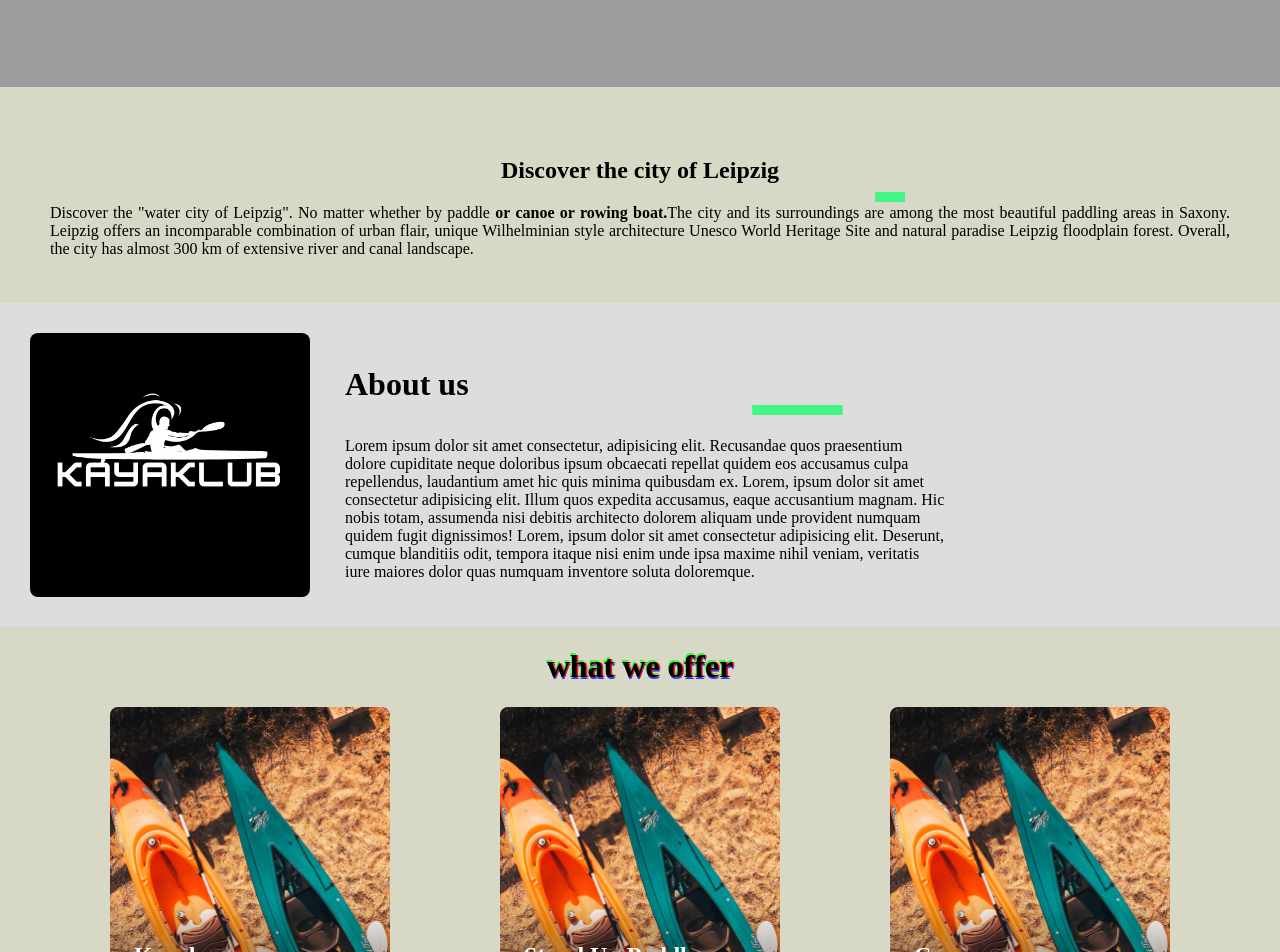
Repository: joseluis2289/Responsive-club-website
Page: index.html
An editor plug-in stored every save of this project. The page is shown before and after the next save, followed by the edit.
The browser window is 1280 px wide. The pictures show the part of the page from y = 683 to 1635 px (the page is 2671 px tall).
Pictures or frames that could not be fetched are drawn as grey boxes. Some web fonts or font styles are not loaded; a fallback is used.

Above is the page before, as saved 2021-08-25 10:25:33.

### index.html
<!DOCTYPE html>
<html lang="en">
<head>
    <meta charset="UTF-8">
    <meta http-equiv="X-UA-Compatible" content="IE=edge">
    <meta name="viewport" content="width=device-width, initial-scale=1.0">
    <link rel="stylesheet" href="style.css">
    <link rel="preconnect" href="https://fonts.googleapis.com">
<link rel="preconnect" href="https://fonts.gstatic.com" crossorigin>
<link href="https://fonts.googleapis.com/css2?family=Rampart+One&display=swap" rel="stylesheet">
    <script src="script.js" defer></script>
    <title>Responsive-Club-website</title>
</head>
<body>

    <nav class="navbar">
        <!-- hamburger toggle -->
        <div class="brand-title">kayaklub</div>
        <a href="#" class="toggle-button">
            <span class="bar"></span>
            <span class="bar"></span>
            <span class="bar"></span>
        </a>

        <div class="nav-links">
            <ul>
                <li><a href="#">Home</a></li>
                <li><a href="#">About</a></li>
                <li><a href="#">Contact</a></li>
            </ul>
        </div>
    </nav>
<div class="banner"></div>

<section class="welcome">
    <h1 class="discover-title">Discover the city of Leipzig</h1>
    <p class="p-discover">Discover the "water city of Leipzig". No matter whether by paddle <strong>or canoe or rowing boat.</strong>The city and its surroundings are among the most beautiful paddling areas in Saxony. Leipzig offers an incomparable combination of urban flair, unique Wilhelminian style architecture Unesco World Heritage Site and natural paradise Leipzig floodplain forest. Overall, the city has almost 300 km of extensive river and canal landscape.</p>

</section>

<!-- about us section -->
<div class="grid-container-about">
    <div class="logo"></div>
    <!-- <img class="grid-item-img" src="./Cosmetics Discount Sale Landscape Banner.png" alt="about"> -->
    <div class="grid-item-text"><h1><a class="aboutUs-title" href="#">About us</a></h1><p class="aboutUs-text"> Lorem ipsum dolor sit amet consectetur, adipisicing elit. Recusandae quos praesentium dolore cupiditate neque doloribus ipsum obcaecati repellat quidem eos accusamus culpa repellendus, laudantium amet hic quis minima quibusdam ex. Lorem, ipsum dolor sit amet consectetur adipisicing elit. Illum quos expedita accusamus, eaque accusantium magnam. Hic nobis totam, assumenda nisi debitis architecto dolorem aliquam unde provident numquam quidem fugit dignissimos! Lorem, ipsum dolor sit amet consectetur adipisicing elit. Deserunt, cumque blanditiis odit, tempora itaque nisi enim unde ipsa maxime nihil veniam, veritatis iure maiores dolor quas numquam inventore soluta doloremque.</p></div>
</div>



<h1 class="tittle-what-we-offer">what we offer</h1>
<div class="card-container">
    <div class="card">
        <div class="card-content">
        <h2 class="card-title">Kayak</h2>
        <p class="card-body">Lorem ipsum dolor sit amet consectetur adipisicing elit. Quo consequuntur modi debitis. Amet facilis maxime ipsa expedita, similique omnis dolorum harum accusantium ipsam autem. Aperiam asperiores id distinctio quae optio!</p>
        <a href="#" class="button">Learn more</a>
    </div>
    </div>

    <div class="card">
        <div class="card-content">
        <h2 class="card-title"> Stand Up Paddle</h2>
        <p class="card-body">Lorem ipsum dolor sit amet consectetur adipisicing elit. Quo consequuntur modi debitis. Amet facilis maxime ipsa expedita, similique omnis dolorum harum accusantium ipsam autem. Aperiam asperiores id distinctio quae optio!</p>
        <a href="#" class="button">Learn more</a>
    </div>
    </div>


    <div class="card">
        <div class="card-content">
        <h2 class="card-title">Canoe</h2>
        <p class="card-body">Lorem ipsum dolor sit amet consectetur adipisicing elit. Quo consequuntur modi debitis. Amet facilis maxime ipsa expedita, similique omnis dolorum harum accusantium ipsam autem. Aperiam asperiores id distinctio quae optio!</p>
        <a href="#" class="button">Learn more</a>
    </div>
    </div>

</div>

<section class="register">
    <form id="register" action="#">
        <h2 class="register-title">Join us now!</h2>
        <label for="first-name">First-name:</label>
        <br/>
        <input type="text" name="first-name" id='name' placeholder="Enter your name">
        <br/>
        <label for="last-name">Last-name:</label>
        <br/>
        <input type="text" name="last-name" id="name" placeholder="Enter your last name">
        <br/>
        <label for="email">Email:</label>
        <br/>
        <input type="text" name="email" id="name" placeholder="Enter your email">
        <br/>&nbsp;
        <br/> <br/>
    <input type="submit" value="submit" name="submit" id="submit">
    </form>
</section>

<footer class="footer">
    <div class="footer-sections">
        <div class="company">
            <ul>
                <h1 class="company-title">Company</h1>
                <li><a href="#">About Us</a></li>
                <li><a href="#">Privacy policy</a></li>
                <li><a href="#">Affiliate program</a></li>
            </ul>
        </div>
        <div class="get-help">
            <h1 class="help-title">Get Help</h1>
            <ul>
                <li><a href="#">FAQ</a></li>
                <li><a href="#">Our status</a></li>
                <li><a href="#">Payment Options</a></li>
            </ul>
        </div>
        <div class="online-shop">
            <h1 class="shop-title">online-shop</h1>
            <ul >
                <li><a href="#">Watch</a></li>
                <li><a href="#">Bags</a></li>
                <li><a href="#">equitment</a></li>
            </ul>
        </div>
        <div class="follow-us">
            <h1 class="followUs-title">Follow us</h1>
            <ul class="follow-us-list">

              <li><svg xmlns="http://www.w3.org/2000/svg" width="50" height="20" fill="currentColor" class="bi bi-instagram" viewBox="0 0 16 16">
                <path d="M8 0C5.829 0 5.556.01 4.703.048 3.85.088 3.269.222 2.76.42a3.917 3.917 0 0 0-1.417.923A3.927 3.927 0 0 0 .42 2.76C.222 3.268.087 3.85.048 4.7.01 5.555 0 5.827 0 8.001c0 2.172.01 2.444.048 3.297.04.852.174 1.433.372 1.942.205.526.478.972.923 1.417.444.445.89.719 1.416.923.51.198 1.09.333 1.942.372C5.555 15.99 5.827 16 8 16s2.444-.01 3.298-.048c.851-.04 1.434-.174 1.943-.372a3.916 3.916 0 0 0 1.416-.923c.445-.445.718-.891.923-1.417.197-.509.332-1.09.372-1.942C15.99 10.445 16 10.173 16 8s-.01-2.445-.048-3.299c-.04-.851-.175-1.433-.372-1.941a3.926 3.926 0 0 0-.923-1.417A3.911 3.911 0 0 0 13.24.42c-.51-.198-1.092-.333-1.943-.372C10.443.01 10.172 0 7.998 0h.003zm-.717 1.442h.718c2.136 0 2.389.007 3.232.046.78.035 1.204.166 1.486.275.373.145.64.319.92.599.28.28.453.546.598.92.11.281.24.705.275 1.485.039.843.047 1.096.047 3.231s-.008 2.389-.047 3.232c-.035.78-.166 1.203-.275 1.485a2.47 2.47 0 0 1-.599.919c-.28.28-.546.453-.92.598-.28.11-.704.24-1.485.276-.843.038-1.096.047-3.232.047s-2.39-.009-3.233-.047c-.78-.036-1.203-.166-1.485-.276a2.478 2.478 0 0 1-.92-.598 2.48 2.48 0 0 1-.6-.92c-.109-.281-.24-.705-.275-1.485-.038-.843-.046-1.096-.046-3.233 0-2.136.008-2.388.046-3.231.036-.78.166-1.204.276-1.486.145-.373.319-.64.599-.92.28-.28.546-.453.92-.598.282-.11.705-.24 1.485-.276.738-.034 1.024-.044 2.515-.045v.002zm4.988 1.328a.96.96 0 1 0 0 1.92.96.96 0 0 0 0-1.92zm-4.27 1.122a4.109 4.109 0 1 0 0 8.217 4.109 4.109 0 0 0 0-8.217zm0 1.441a2.667 2.667 0 1 1 0 5.334 2.667 2.667 0 0 1 0-5.334z"/>
              </svg></li>
              <li>

                  <svg xmlns="http://www.w3.org/2000/svg" width="50" height="20" fill="currentColor" class="bi bi-facebook" viewBox="0 0 16 16">
                    <path d="M16 8.049c0-4.446-3.582-8.05-8-8.05C3.58 0-.002 3.603-.002 8.05c0 4.017 2.926 7.347 6.75 7.951v-5.625h-2.03V8.05H6.75V6.275c0-2.017 1.195-3.131 3.022-3.131.876 0 1.791.157 1.791.157v1.98h-1.009c-.993 0-1.303.621-1.303 1.258v1.51h2.218l-.354 2.326H9.25V16c3.824-.604 6.75-3.934 6.75-7.951z"/>
                  </svg>
              </li>
              <li>

                  <svg xmlns="http://www.w3.org/2000/svg" width="20" height="20" fill="currentColor" class="bi bi-youtube" viewBox="0 0 16 16">
                    <path d="M8.051 1.999h.089c.822.003 4.987.033 6.11.335a2.01 2.01 0 0 1 1.415 1.42c.101.38.172.883.22 1.402l.01.104.022.26.008.104c.065.914.073 1.77.074 1.957v.075c-.001.194-.01 1.108-.082 2.06l-.008.105-.009.104c-.05.572-.124 1.14-.235 1.558a2.007 2.007 0 0 1-1.415 1.42c-1.16.312-5.569.334-6.18.335h-.142c-.309 0-1.587-.006-2.927-.052l-.17-.006-.087-.004-.171-.007-.171-.007c-1.11-.049-2.167-.128-2.654-.26a2.007 2.007 0 0 1-1.415-1.419c-.111-.417-.185-.986-.235-1.558L.09 9.82l-.008-.104A31.4 31.4 0 0 1 0 7.68v-.123c.002-.215.01-.958.064-1.778l.007-.103.003-.052.008-.104.022-.26.01-.104c.048-.519.119-1.023.22-1.402a2.007 2.007 0 0 1 1.415-1.42c.487-.13 1.544-.21 2.654-.26l.17-.007.172-.006.086-.003.171-.007A99.788 99.788 0 0 1 7.858 2h.193zM6.4 5.209v4.818l4.157-2.408L6.4 5.209z"/>
                  </svg>
              </li>
            </ul>
        </div>
    </div>
</footer>
</body>
</html>

### style.css
:root{
    --clr-neutral-900: hsl(207,19%,9%);
    --crl-neutral-100: hsl(0,0%,100%);
    --crl-accent-400: hsl(142, 90%, 61%);
    --crl-accent-300: hsl(20.18, 100%, 57.45%);

}

*,
*::before,
*::after {
    box-sizing: border-box;
}


*{
    box-sizing: border-box;
}

body{
    margin: 0;
    border: 0;
    background-color:#D7D9C6;
}

.navbar{
    display: flex;
    justify-content: space-between;
    align-items: center;
    background-color: #333;
    color: white;
    font-family: 'Poppins', sans-serif;

}

.brand-title{
    font-size: 1.6rem;
    margin: .5rem;
    text-transform: uppercase;
    letter-spacing: 4px;
    -webkit-box-shadow: 0 10px 6px -6px rgb(80, 73, 73);
    -moz-box-shadow:0 10px 6px -6px rgb(114, 110, 110);
    box-shadow: 0 10px 6px -6px rgb(136, 133, 133);
    border-radius:10px;
}

.nav-links ul {
    margin: 0;
    padding: 0;
    display: flex;
}
.nav-links li {
    list-style: none;
}

.nav-links li a {
    text-decoration: none;
    color: white;
    padding: 1rem;
    display: block;
}
.nav-links li:hover{
    background-color:#555;
}

.toggle-button {
    position: absolute;
    top: .75rem;
    right: 1rem;
    display: none;
    flex-direction: column;
    justify-content: space-between;
    width: 30px;
    height: 22px;
}

.toggle-button .bar {
    height: 3px;
    width: 100%;
    background-color: white;
    border-radius: 10px;
}

.banner{
    background-image: url("/Cosmetics\ Discount\ Sale\ Landscape\ Banner.png");
    background-repeat: no-repeat;
    background-position: cover;
    background-size: 100% 100vh;
    height: 100vh;
}

/* discover the city of Leipzig */
.welcome{
    text-align: center;
    height: 30vh;
    width:auto;
    margin: auto;
    padding: 50px;

}
.p-discover{
    text-align: justify;
    text-justify: inter-word;



}
.discover-title{
    display: block;
    position: relative;
    cursor: pointer;
    font-family: 'Rampart One', cursive;
}
.discover-title::after{
    content:"";
    position: absolute;
    left: 690px;
    background: var(--crl-accent-400);
    display: block;
    border: 0;
    margin: 0.5rem 0;
    width:300px;
    height: 10px;
    transform: scaleX(0.1);
    transition: transform 0.4s ease;

}

.discover-title:hover:after,
.discover-title:active:after{
    transform: scaleX(1);
    transform-origin: left;
    transition: transform 0.5s ease;
}


.grid-container-about{
    background-color: #ddd;
    display: grid;
    grid-template-columns: auto auto;
    padding: 30px;
    column-gap: 10px;

}
/* .grid-item-img{
    margin: 0 0 0 auto;
    width: 500px;
    height: 40vh;
    border-radius:10px;

} */

.logo{
    background-image: url(./logo.png);
    background-size: cover;

    padding: 12rem 0 0;
    /* ch is 35 character wide */
    max-width: 35ch;
    border-radius: 0.5rem;
}
.aboutUs-text{
    width: 600px;
}

/* about us  */

.aboutUs-title{
    font-family: 'Rampart One', cursive;
color: #000;
text-decoration: none;
border: 0;
margin: 0.5rem 0;
line-height: 1.9;
display: block;
position: relative;
}

.aboutUs-title:after{
    position: absolute;
    content: "";
    background: var(--crl-accent-400);
    display: block;
    left:0;
    bottom:0;
    line-height: 1.4;
    width:100%;
    height: 10px;
    transform: scaleX(0.1);
    transition: transform 0.4s ease;

}

.aboutUs-title:hover:after,
.aboutUs-title:active:after{
    transform: scaleX(1);
    transform-origin: left bottom;
    transition: transform 0.5s ease;
}


/* what we offer cards */
/* .tittle-what-we-offer{
    color: #000;
text-decoration: none;
border: 0;
margin: 2rem 0;
line-height: 1.9;
display: block;
position: relative;
}
.tittle-what-we-offer::after{
    position: absolute;
    content: "";
    background: var(--crl-accent-400);
    display: block;
    left:800px;
    bottom:0;
    line-height: 1.4;
    width:200px;
    height: 10px;
    transform: scaleX(0.5);
    transition: transform 0.4s ease;
}
.tittle-what-we-offer:hover:after,
.tittle-what-we-offer:active:after{
    transform: scaleX(1);
    transform-origin: left bottom;
    transition: transform 0.5s ease;
} */


.tittle-what-we-offer {
    text-align: center;
     font-family: 'Rampart One', cursive;
    font-size: 2rem;
    /* text-transform: uppercase; */

    text-shadow: 0.05em 0 0 rgba(255, 0,0, 0.75),
    -0.025em -0.05em 0 rgba(0, 255, 0, 0.75),
    0.025em 0.05em 0 rgba(0, 0, 255, 0.75);
    animation: glitch 2500ms infinite;
}

@keyframes glitch {
    0%{
        text-shadow: 0.05em 0 0 rgba(255, 0,0, 0.75),
        -0.025em -0.05em 0 rgba(0, 255, 0, 0.75),
        0.025em 0.05em 0 rgba(0, 0, 255, 0.75);
    }
    15%{
        text-shadow: 0.05em 0 0 rgba(255, 0,0, 0.75),
        -0.025em -0.05em 0 rgba(0, 255, 0, 0.75),
        0.025em 0.05em 0 rgba(0, 0, 255, 0.75);
    }

    49%{
        /* text-shadow: -0.05em -0.025 rgba(255, 0,0, 0.75),
        0.025em 0.05em 0 rgba(0, 255, 0, 0.75),
        -0.025em -0.05em 0 rgba(0, 0, 255, 0.75); */
        text-shadow: 0.05em 0 0 rgba(255, 0,0, 0.75),
        -0.025em -0.05em 0 rgba(0, 255, 0, 0.75),
        0.025em 0.05em 0 rgba(0, 0, 255, 0.75);
    }
    50%{
        /* text-shadow: 0.025em 0.05em 0 rgba(255, 0,0, 0.75),
        0.05em 0 0 rgba(0, 255, 0, 0.75),
        0 -0.05em 0 rgba(0, 0, 255, 0.75); */
        text-shadow: 0.05em 0 0 rgba(255, 0,0, 0.75),
        -0.025em -0.05em 0 rgba(0, 255, 0, 0.75),
        0.025em 0.05em 0 rgba(0, 0, 255, 0.75);
    }
    99%{
        text-shadow: 0.025em 0.05em 0 rgba(255, 0,0, 0.75),
        0.05em 0 0 rgba(0, 255, 0, 0.75),
        0 -0.05em 0 rgba(0, 0, 255, 0.75);
    }
    100%{
        text-shadow: 0.05em 0 0 rgba(255, 0,0, 0.75),
        -0.025em -0.05em 0 rgba(0, 255, 0, 0.75),
        0.025em 0.05em 0 rgba(0, 0, 255, 0.75);
    }
}

.card-container{
    display: flex;
    justify-content: space-evenly;
    width: 100%;

}

.card{

    color: var(--crl-neutral-100);
    background-image: url(./we-offer.jpg);
    background-size: cover;
    padding: 12rem 0 0;
    /* ch is 35 character wide */
    max-width: 35ch;
    border-radius: 0.5rem;
    overflow: hidden;
    transition: transform 500ms ease;

}

.card:hover{
    transform: scale(1.05);
}



.card-content{
    /* this variable only exist within the card content */
    --padding: 1.5rem;
    padding: var(--padding);
    /* here im appying some saturation and opacity of the backgroud card in order to kind of fade it out */
    background: linear-gradient(
        hsl(0 0% 0% / 0),
        hsl(0 0% 0% / 0.3) 20%,
        hsl(0 0% 0% / 1)
    );
}

.card-title{
    position: relative;
    /* max-content it line up the with of the title */
    width: max-content;


}

.card-title::after{
    content:"";
    position: absolute;
    height: 4px;
    /* here I'm moving the green bar to the left in order to animate */
    left: calc(var(--padding) * -1 );
    bottom: 0;
    width: calc(100% + var(--padding));
    background: var(--crl-accent-400);
    /* here I'm animating the green bar from left to right */
    transform-origin: left;
    transform: scaleX(0);
    transition: transform 500ms ease;
}

.card:hover .card-title::after{
    transform: scaleX(1);
}

.card-body{
    color: rgb(255 255 255 / 0.85);
}

.button{
    cursor:pointer;
    display: inline-block;
    padding: 0.5em 1.3em;
    text-decoration: none;
    color: var(--clr-neutral-900);
    background-color: var(--crl-accent-300);
    padding: 0.5em 1.25em;
    border-radius: 0.25em;
}


.button:hover,
.button:focus {
    background-color: var(--crl-neutral-100);
}

/* register */
.register-title{
    font-family: 'Rampart One', cursive;
    text-align: center;
    padding: 20px;

}
#register{

    background-color:rgba(0, 0, 0, 0.05);
    width: 600px;
    font-size: 18px;
    border-radius:10px;
    border:1px solid rgba(214, 210, 210, 0.3);
    box-shadow: 2px 2px 15px;
    color:rgb(24, 21, 21);
    margin: 50px auto;
    text-align: center;
    padding: 20px;
    transition: transform 500ms ease;

}
#register:hover{
    transform: scale(1.05);

    transition: 0.3s;
}
label{
    font-family:'Poppins', sans-serif;
    font-size: 18px;
}
input#name{
    width: 300px;
    border: 1px solid #ddd;
    border-radius: 3px;
    outline: 0;
    padding: 7px;
    background-color: #fff;
    box-shadow: inset 1px 1px 5px
    rgba(0,0,0,0.3);
}


input#submit{
    width: 200px;
    padding: 7px;
    font-size: 16px;
    font-family: sans-serif;
    font-weight: 600;
    border: none;
    border-radius:3px;
    background-color:rgba(250, 100, 0, 0.8);
    color:black;
    cursor:pointer;
    border:1px solid rgba(255, 255, 255, 0.3);
    box-shadow: 1px 1px 5px rgba(0, 0, 0, 0.3);
    margin-bottom: 20px;
}

input#submit:hover,
input#submit:focus {
    background-color: var(--crl-neutral-100);
}


/* footer */
.footer{
    width: 100%;
    height: 40vh;
    background-color:#000;
    color:whitesmoke;
}
.footer-sections{
    display: flex;
    justify-content: space-around;

}
.company-title{
    color:var(--crl-accent-300);
}
.company ul{
    margin: 0;
    padding: 0;
}
.company li{
    list-style: none;
}
.company li a {
    text-decoration: none;
    color: white;
    padding: 1rem;
    display: block;
}
.help-title{
    color:var(--crl-accent-300);
}
.get-help ul{
    margin: 0;
    padding: 0;
}

.get-help li{
    list-style: none;
}
.get-help li a {
    text-decoration: none;
    color: white;
    padding: 1rem;
    display: block;
}

.shop-title{
    color: var(--crl-accent-300);
}

.online-shop ul{
    margin: 0;
    padding: 0;
}
.online-shop li{
    list-style: none;
}

.online-shop li a {
    text-decoration: none;
    color: white;
    padding: 1rem;
    display: block;
}

.followUs-title{
    color:var(--crl-accent-300);
}
.follow-us-list{
    display: flex;

}
.follow-us-list li{
    list-style: none;
}

 @media(min-width: 320px) and (max-width: 600px){

   .toggle-button{
        display: flex;
    }

    .nav-links{
        display: none;
        width: 100%;
    }

    .navbar{
        flex-direction: column;
        align-items: flex-start;
        width: 100%;
    }

    .nav-links ul {
        width: 100%;
        flex-direction: column;

    }
    .nav-links li {
        text-align: center;
    }
    .nav-links li a {
        padding: .5rem 1rem;
    }
    .nav-links.active{
        display: flex;

    }


    .banner{
        background-image: url("/Cosmetics\ Discount\ Sale\ Landscape\ Banner.png");
        background-repeat: no-repeat;
        background-position: cover;
        background-size: 100% 100vh;
        height: 80vh;
        width: 100%;
    }
    .discover-title::after{
        left: 20px;
    }

    .p-discover{
        text-align: justify;
        text-justify: inter-word;
        padding: 20px;

    }
    .grid-container-about{
        margin: 160px 0 0px 0px;
        background-color: #ddd;
        display: grid;
        grid-template-columns: 1fr;

    }
    .grid-item-img{
         width:auto;
         margin: 40px auto 0 0;
    }

    .aboutUs-title{
        padding: 10px;
    }
    .aboutUs-text{
        text-align: justify;
        text-justify: inter-word;
        width: 370px;
        padding: 10px;

    }
    .card-container{
        display: flex;
        flex-direction: column;


    }
    .card{
        margin: 20px auto;
    }


    #register{
        width: 300px;
    }

    input#name{
        width: 200px;
    }
    .footer{
        width: 100%;
        height: 160vh;
        background-color:#000;
        color:var(--clr-neutral-900);
    }
    .footer-sections{
        display: flex;
        flex-direction: column;
        align-items: center;
        justify-content: center;


    }


}



@media (min-width: 601px) and (max-width: 767px){
    .navbar{
        width: 100%;
        flex-direction: row;
        justify-content: space-around;
        align-content: center;
    }
    .banner{
        background-image: url("/Cosmetics\ Discount\ Sale\ Landscape\ Banner.png");
        background-repeat: no-repeat;
        background-position:cover;
        background-size: 100% 100vh;
        height: 100vh;
        width: 100%;
    }

    .discover-title::after{
        left: 260px;
        margin: 0 0 30px;

    }
    .discover-title{
        width: 800px;
        text-align: center;
    }
    .p-discover{
        text-align: justify;
        text-justify: inter-word;
        width: 700px;
        padding: 0.7em 5em;
        margin:20px 0 0 60px;
        font-size: 20px;

    }
    .grid-container-about{
        width: 800px;
        margin: 150px 0;
        background-color: #ddd;
        display: grid;
        grid-template-columns: 1fr;
        padding: 90px;
    }
    .aboutUs-text{
        text-align: justify;
        text-justify: inter-word;
        width: 550px;
    }
    .card-container{
        display: flex;
        flex-direction: column;
    }
   .card{
  font-size: larger;
   margin: 0 0 30px 100px;

   }
   #register{
   font-size: 30px;
   margin:10px auto 25px 70px;

}

input#name{
    width: 300px;

}
label{
    font-family:'Poppins', sans-serif;

}

.footer{
    width: 100%;
    height: 100vh;
    background-color:#000;
    color:var(--clr-neutral-900);
}
.footer-sections{
    display: flex;
    flex-direction: column;
    align-items: center;
    justify-content: center;
}
}

@media (min-width: 768px) and (max-width: 1024px){

    .discover-title::after{
        left: 250px;
        margin: 0 0 30px;

    }
    .discover-title{
        width: 800px;
        text-align: center;
    }
    .p-discover{
        text-align: justify;
        text-justify: inter-word;
        width: 790px;
        padding: 0.7em 5em;
        margin:20px 0 0 10px;
        font-size: 20px;

    }

    .grid-container-about{


        background-color: #ddd;
        display: grid;
        grid-template-columns: 1fr 1fr;

    }
.grid-item-text{
    margin: 0 0 0 30px;
}

.card-container{
    display: flex;

    justify-content: space-between;

}
.card{
    margin: 0 10px 0px 30px;
}
.footer{
    width: 100%;
    height: 100vh;
    background-color:#000;
    color:var(--clr-neutral-900);
}
.footer-sections{
    display: flex;
    flex-direction: row;
    align-items: center;
    justify-content: center;
}

}

Loaded but not shown: script.js (8 lines, source omitted)

After the next save:
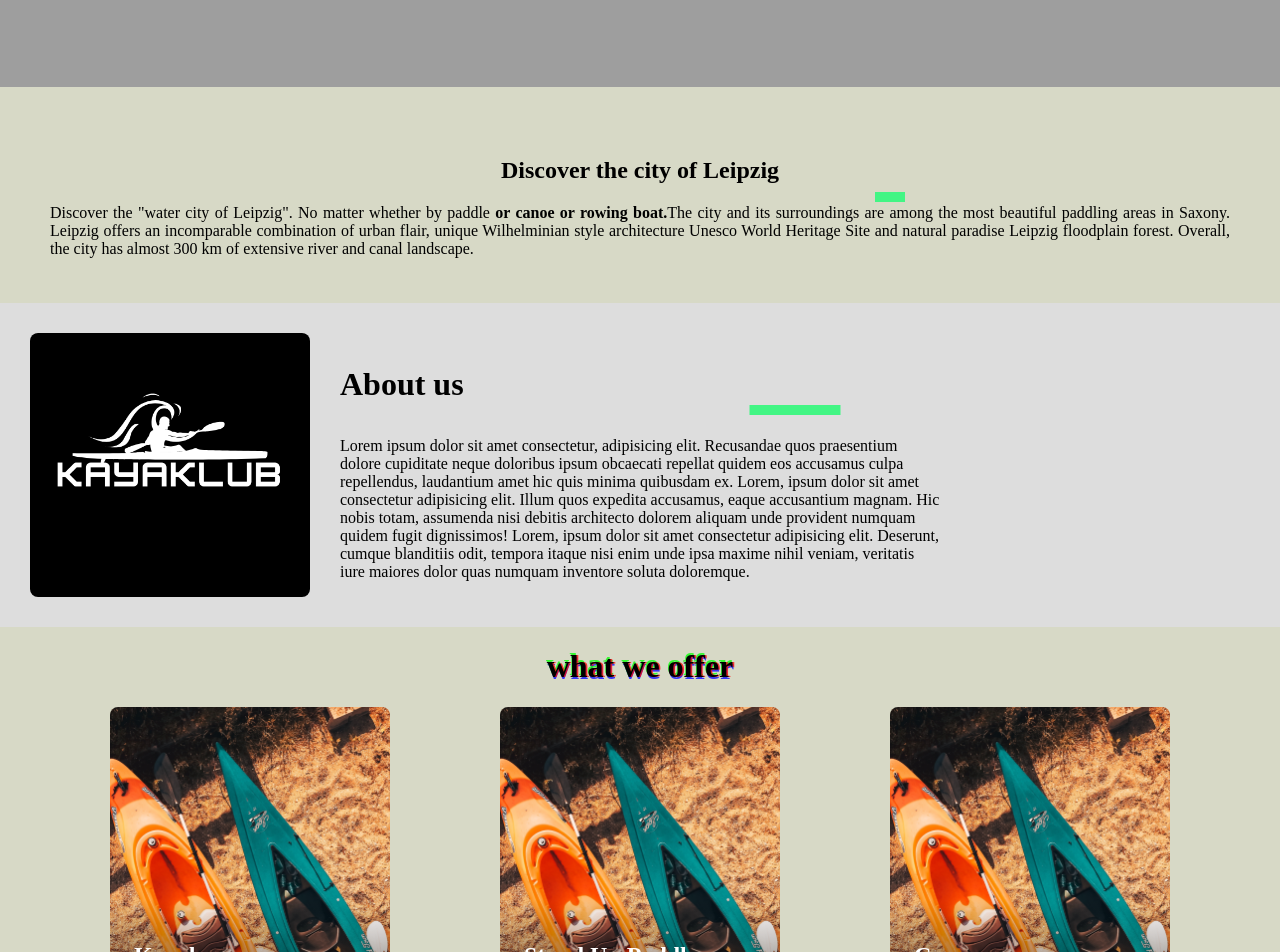
Saved 13 s later.
--- a/style.css
+++ b/style.css
@@ -139,7 +139,7 @@ body{
     display: grid;
     grid-template-columns: auto auto;
     padding: 30px;
-    column-gap: 10px;
+    column-gap: 0;
 
 }
 /* .grid-item-img{
